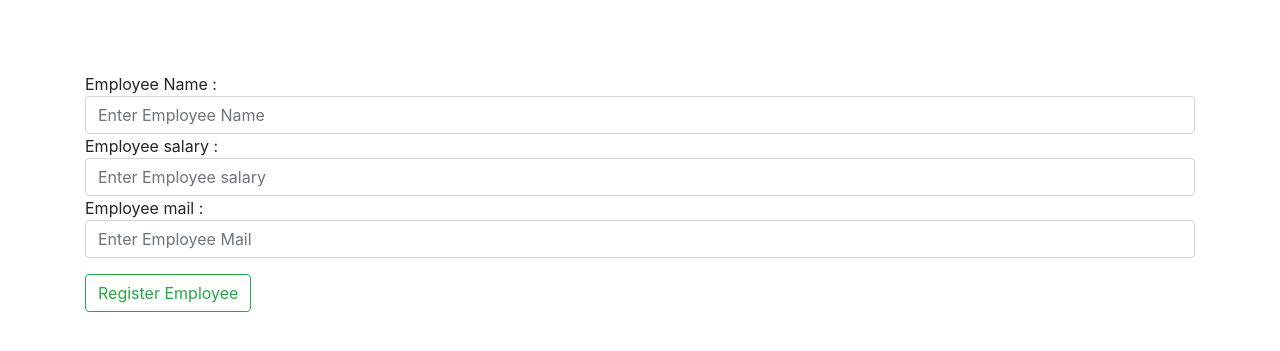
Repository: lokeshsukhwal/EmployeeMiniProject
Page: http://localhost/EmployeeEdit
An editor plug-in stored every save of this project. The page is shown before and after the next save, followed by the edit.
The browser window is 1280 px wide. The pictures show the whole page.
The page is this project's Thymeleaf template; nobody is signed in. The template is opened directly, without the code that normally fills it, so the values that code supplies are empty.

Above is the page before, as saved 2023-01-16 12:05:01.

After the next save:
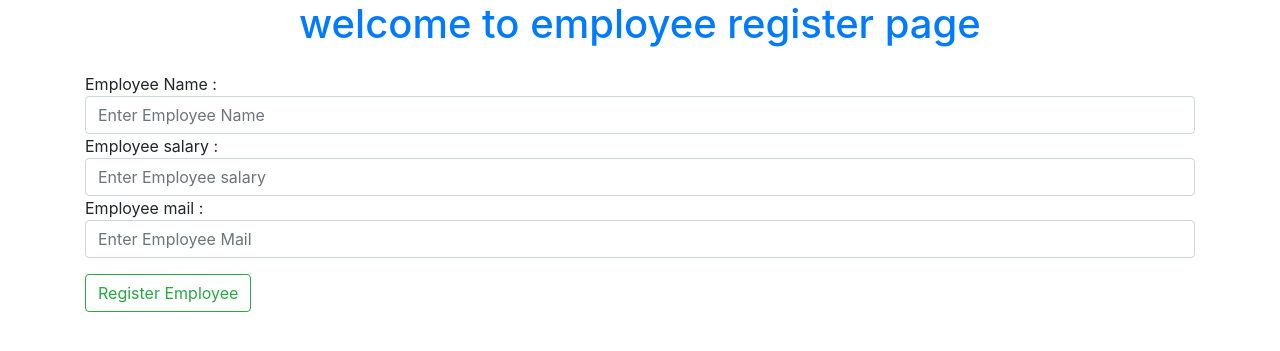
Saved 14 s later.
--- a/SpringBootMvc-ThymeleafMySqlCrudMiniProject/src/main/resources/templates/EmployeeEdit.html
+++ b/SpringBootMvc-ThymeleafMySqlCrudMiniProject/src/main/resources/templates/EmployeeEdit.html
@@ -9,7 +9,7 @@
 	crossorigin="anonymous">
 </head>
 <body>
-	<h1 class=" text-white text-center">welcome to employee
+	<h1 class=" text-primary text-center">welcome to employee
 		register page</h1>
 	<div class="container">
 		<form action="save" method="post" class="mt-4">
